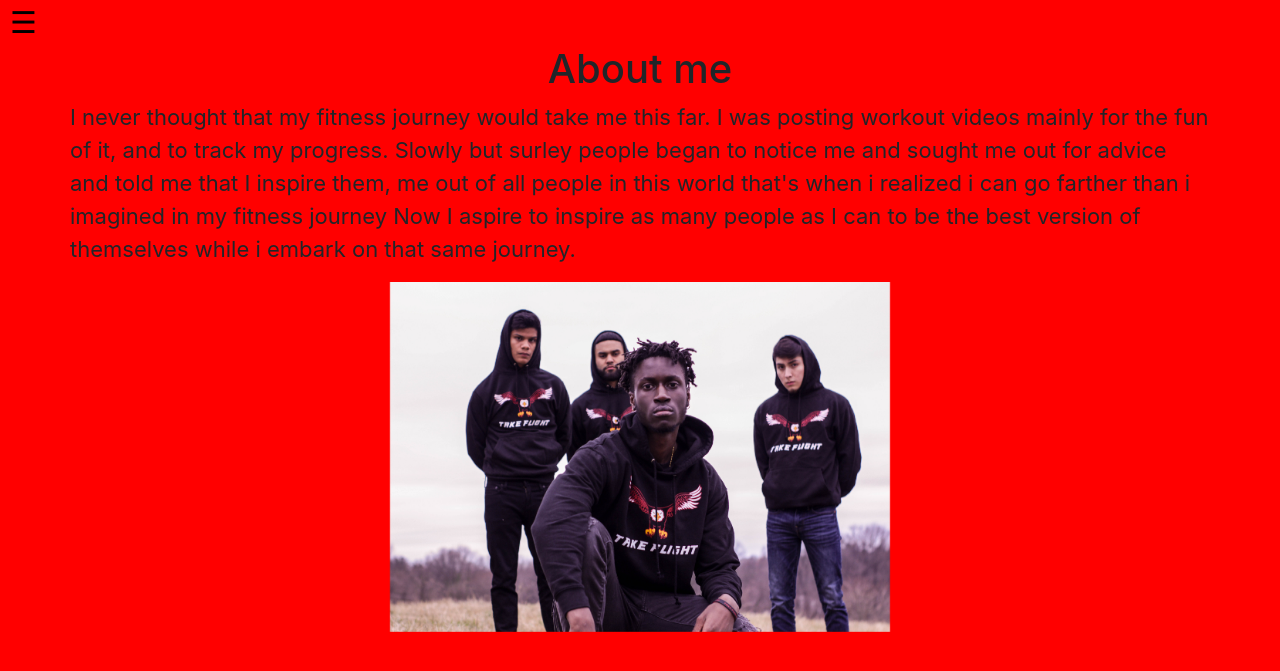
Repository: mamadont/MamadouFitnessWebsite
Page: pages-html/about-me.html
An editor plug-in stored every save of this project. The page is shown before and after the next save, followed by the edit.
The browser window is 1280 px wide. The pictures show the whole page.
Some web libraries are served in a nearby version.

Above is the page before, as saved 2020-07-12 02:08:35.

After the next save:
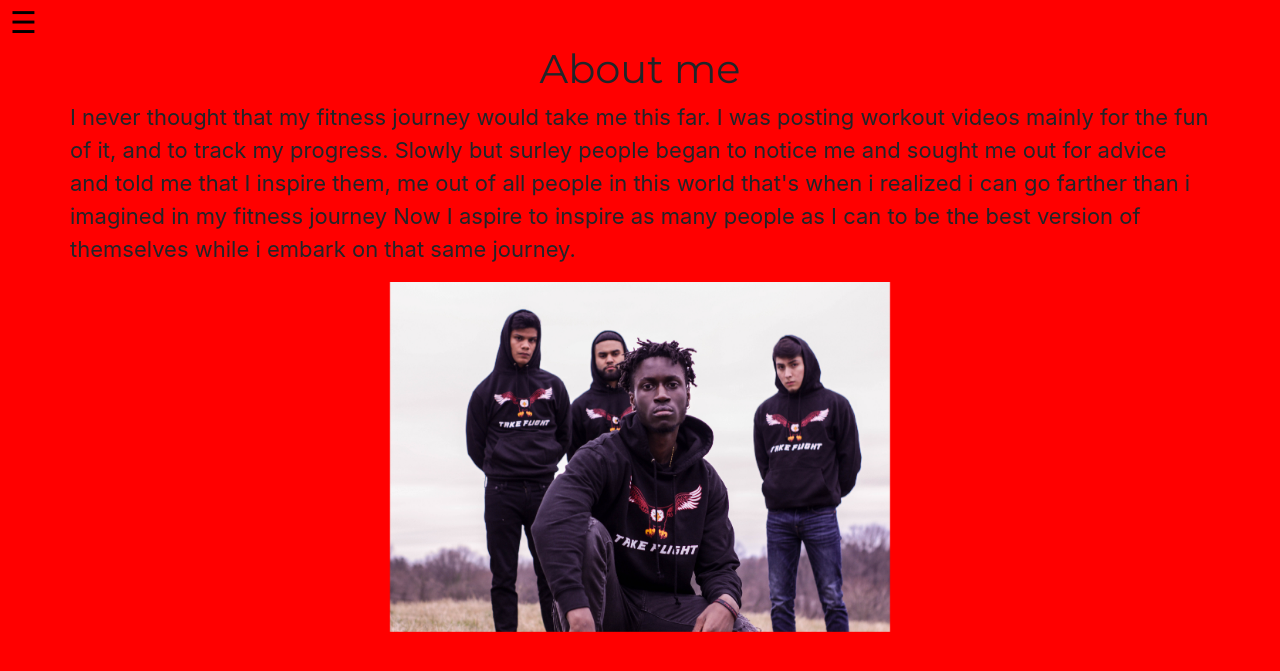
Saved 13 s later.
--- a/pages-css/about-me.css
+++ b/pages-css/about-me.css
@@ -34,8 +34,9 @@ html {
 
 /* About me header */
 
-#about-m-header {
+#header {
     text-align: center;
+    font-family: 'Montserrat';
 }
 
 
